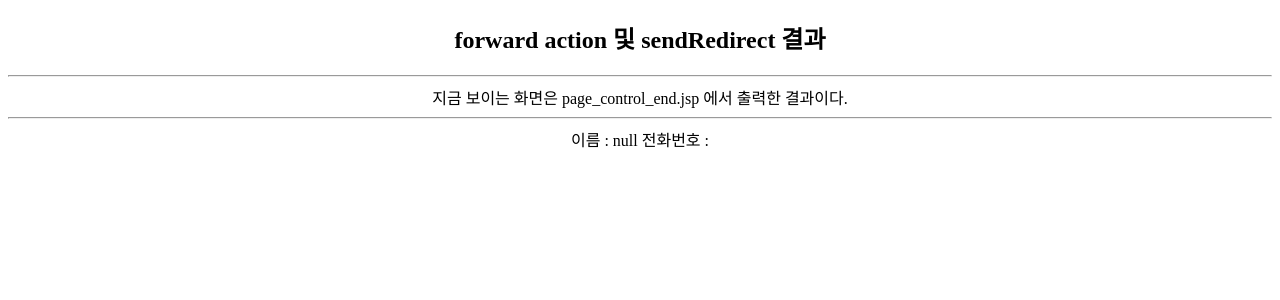
Repository: donggeonoh/My_Source
Page: http://localhost/WebProgramming/ch06/page_control_end.jsp
These files come from the project's save history. The page is drawn as it stood at one moment and after the next save; the edit follows.
The browser window is 1280 px wide. The pictures show the whole page.
The page is served by Tomcat 9. Other server files are loaded and not shown.

Above is the page before, as saved 2016-10-13 10:47:12.

### JSP-Web Source/WebProgramming/WebContent/ch06/page_control_end.jsp
<%@ page language="java" contentType="text/html; charset=UTF-8"
    pageEncoding="UTF-8"%>
<!DOCTYPE html PUBLIC "-//W3C//DTD HTML 4.01 Transitional//EN" "http://www.w3.org/TR/html4/loose.dtd">
<html>
<head>
<title>Insert title here</title>
</head>
<body>

	<div align="center">
		<h2>forward action 및 sendRedirect 결과</h2>
		<hr>
		지금 보이는 화면은 page_control_end.jsp 에서 출력한 결과이다.
		<hr>

		이름 : <%=request.getParameter("username") %>
		전화번호 :

	</div>

</body>
</html>

After the next save:
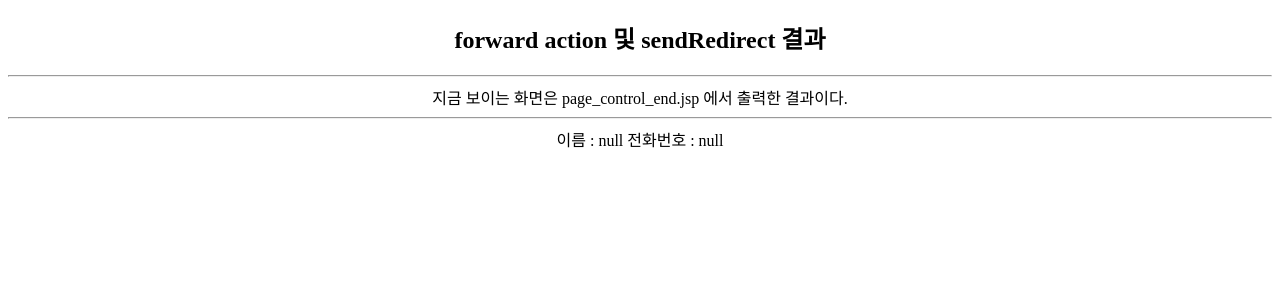
Saved 11 s later.
--- a/JSP-Web Source/WebProgramming/WebContent/ch06/page_control_end.jsp
+++ b/JSP-Web Source/WebProgramming/WebContent/ch06/page_control_end.jsp
@@ -14,7 +14,7 @@
 		<hr>
 
 		이름 : <%=request.getParameter("username") %>
-		전화번호 :
+		전화번호 : <%=request.getParameter("tel") %>
 
 	</div>
 
